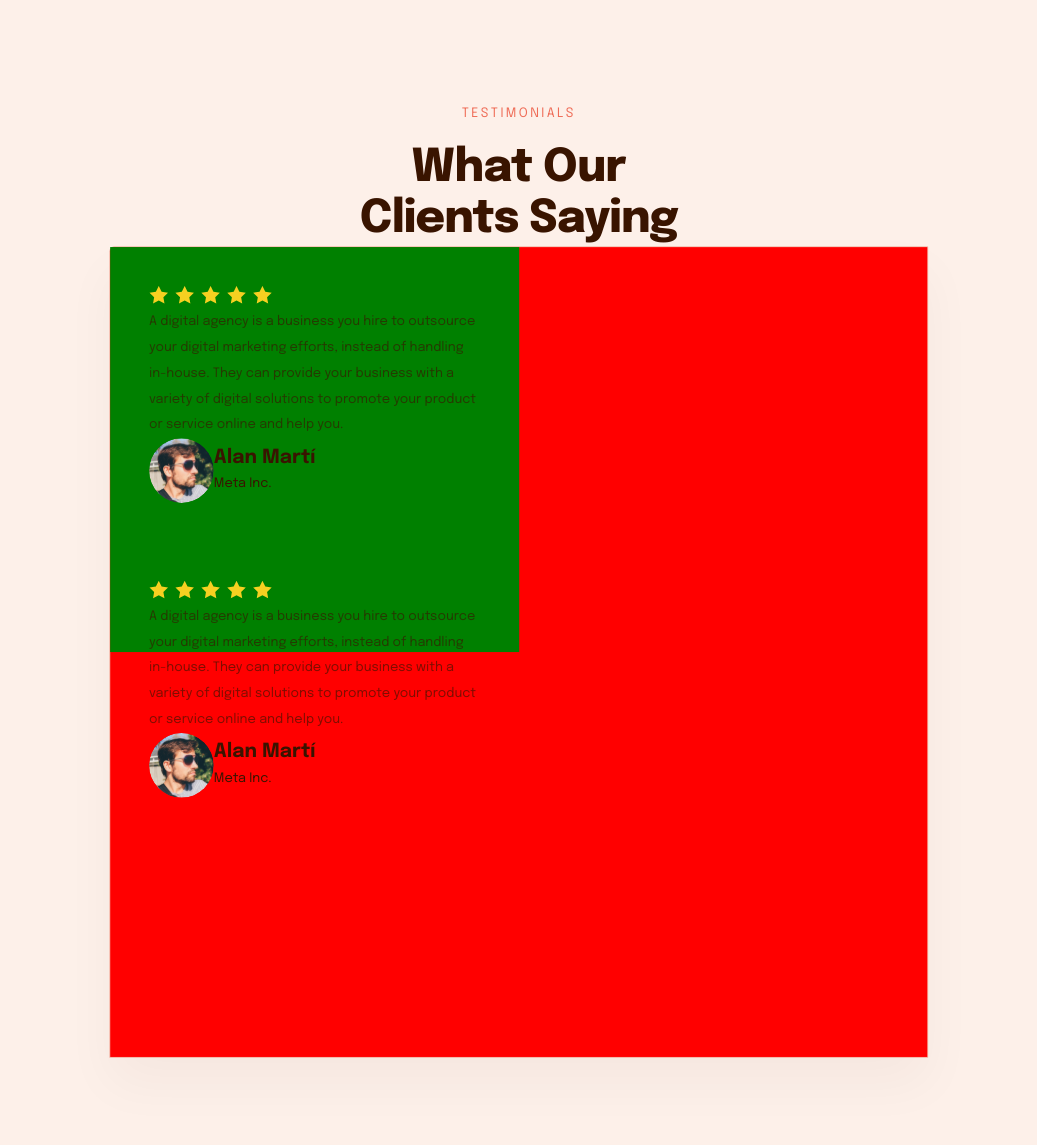
Repository: simralgasimov/task
Page: index.html
An editor plug-in stored every save of this project. The page is shown before and after a run of saves, followed by the edit.
The browser window is 1280 px wide. The pictures show the whole page, at 81% of full size.

Above is the page before, as saved 2023-09-06 13:41:58.

After the next 2 saves:
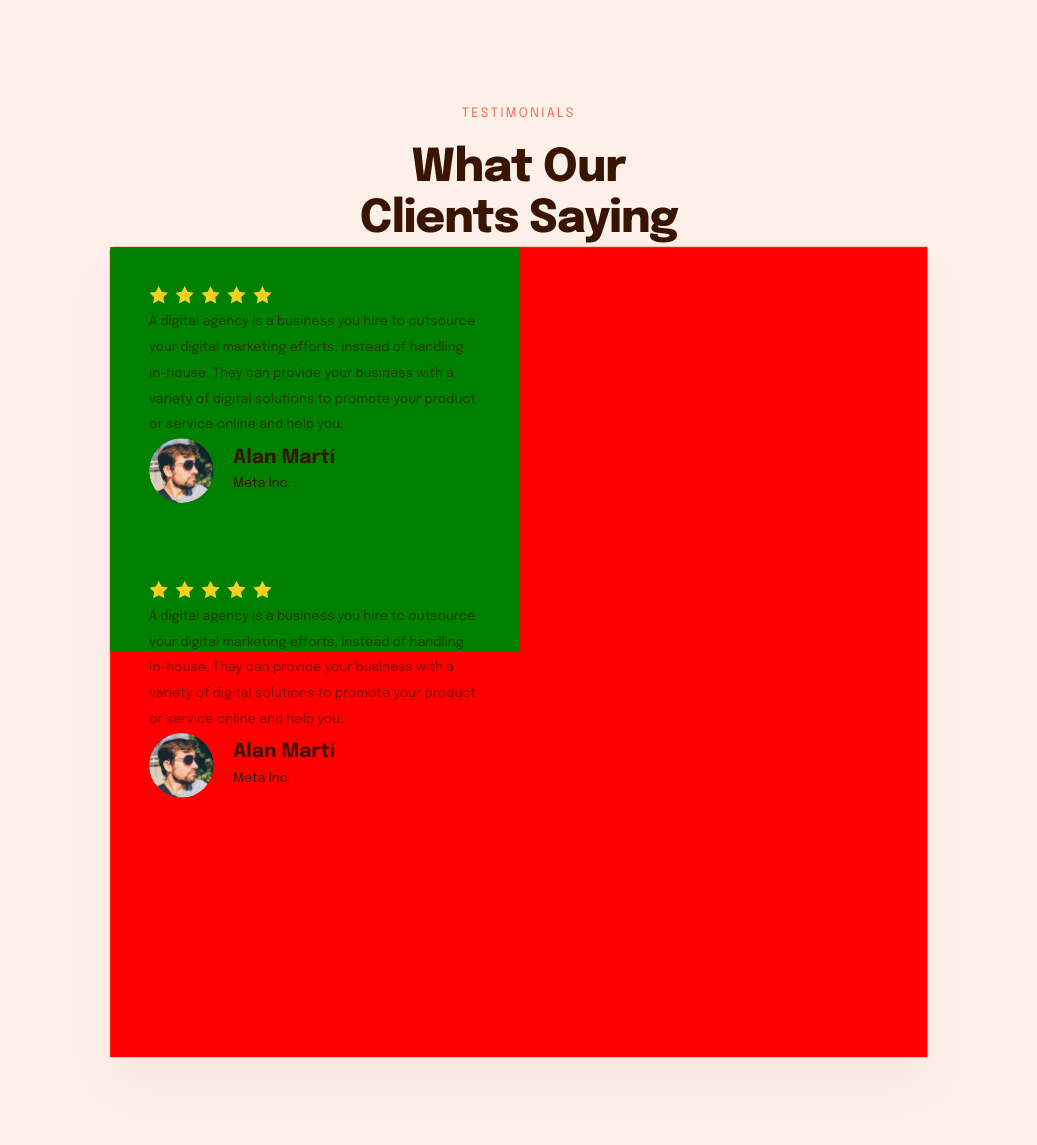
The 2 saves are shown as one change because they came seconds apart.
The last was saved 12 s later.
--- a/index.css
+++ b/index.css
@@ -75,6 +75,7 @@
   .container .comment .box .user img {
     width: 80px;
     height: 80px;
+    margin-right: 24px;
     border-radius: 50%;
 }
   .container .comment .box .user  .user-info h3{
